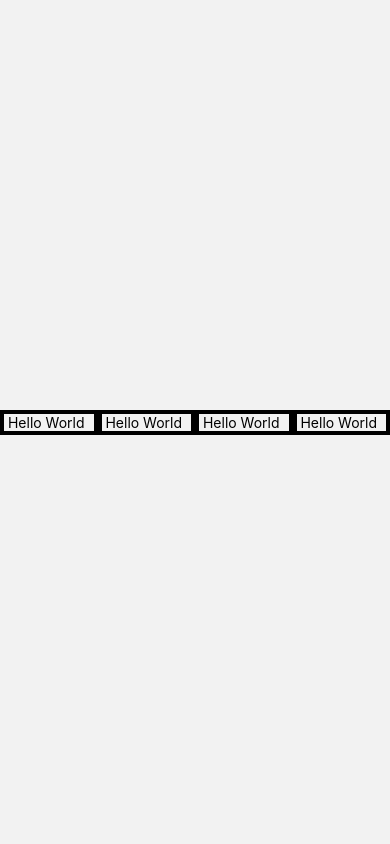
Repository: awarbler/reactNotesApp
Screen: / (app in reactNoteApp/)
The author's editor kept a copy of each file at every save. The screen is drawn from the files as they stood at one save, then again after the next save.
The app was drawn by React Native's web renderer in a window 390 px wide. The project was rebuilt for these pictures with package versions that can differ from the ones it lists, and the page was loaded fresh each time.

Above is the screen before, as saved 2022-05-19 17:20:25.

### reactNoteApp/App.js
import AppState from './src/AppState/AppState';

export default function App() {
    return <AppState/>;

}

### reactNoteApp/src/AppState/AppState.js
import React, {useState, useEffect} from 'react';
import {Text} from 'react-native';
import AppNavigation from '../AppNavigation/AppNavigation';

export default function AppState(){
    const[allNotes, setAllNotes] = useState([{noteId: 1, noteTitle: 'First Idea', noteText: 'This is first note'}, {noteId: 2, noteTitle: 'Second Idea', noteText:'Second note'}]);
    const[note, setNotes] = useState({});

    const AppState = {
        allNotes,
        setAllNotes,
        note,
        setNotes
    };
    return <AppNavigation AppState={AppState}/>
}

### reactNoteApp/src/AppNavigation/AppNavigation.js
import * as React from 'react';
import { NavigationContainer } from '@react-navigation/native';
import { createNativeStackNavigator } from '@react-navigation/native-stack';

import Home from '/Users/awarbler/Desktop/SCHOOL/CSE 310 /reactNotesApp/reactNoteApp/src/screens/Home/Home.js';

const Stack = createNativeStackNavigator();

export default function AppNavigation(AppState){
    return (
      <NavigationContainer>
      <Stack.Navigator>

      <Stack.Screen name="All Notes" options={{headerShown: false}}>
        {props => <Home {...props} AppState={AppState} />}
      </Stack.Screen>

      </Stack.Navigator>
    </NavigationContainer>

      );
}

### reactNoteApp/src/screens/Home/Home.js
import React, {useState, useEffect} from 'react';
import { StyleSheet, Text, View } from 'react-native';

export default function Home(){
    return (
    <View style={styles.screen}>
        <Text style={styles.oneFourth}> Hello World </Text>
        <Text style={styles.oneFourth}> Hello World </Text>
        <Text style={styles.oneFourth}> Hello World </Text>
        <Text style={styles.oneFourth}> Hello World </Text>
    </View>


    );
}
const styles = StyleSheet.create({
    screen:{
        flex: 1, // 100 percent of the space
        justifyContent: 'center',
        alignItems: 'center',
        flexDirection: 'row'

    },
    oneFourth:{
        flex:1,
        width:'100%',
        borderWidth: 4
    }
})

After the next save:
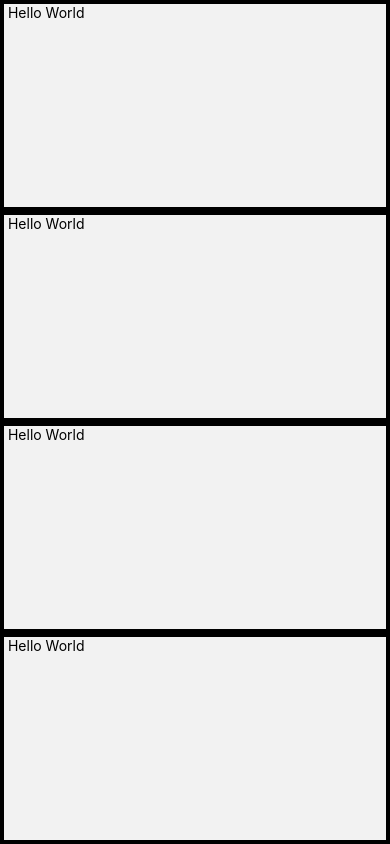
Saved 13 s later.
--- a/reactNoteApp/src/screens/Home/Home.js
+++ b/reactNoteApp/src/screens/Home/Home.js
@@ -18,7 +18,7 @@
         flex: 1, // 100 percent of the space
         justifyContent: 'center',
         alignItems: 'center',
-        flexDirection: 'row'
+        flexDirection: 'center'
 
     },
     oneFourth:{

After the 3 saves that followed:
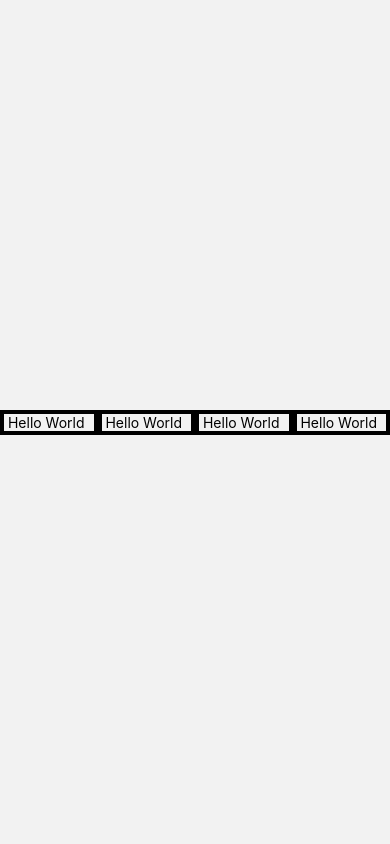
The 3 saves are shown as one change because 2 left the picture as it was.
The last was saved 58 s later.
--- a/reactNoteApp/src/screens/Home/Home.js
+++ b/reactNoteApp/src/screens/Home/Home.js
@@ -18,12 +18,11 @@
         flex: 1, // 100 percent of the space
         justifyContent: 'center',
         alignItems: 'center',
-        flexDirection: 'center'
+        flexDirection: 'row'
 
     },
     oneFourth:{
         flex:1,
-        width:'100%',
         borderWidth: 4
     }
 })
